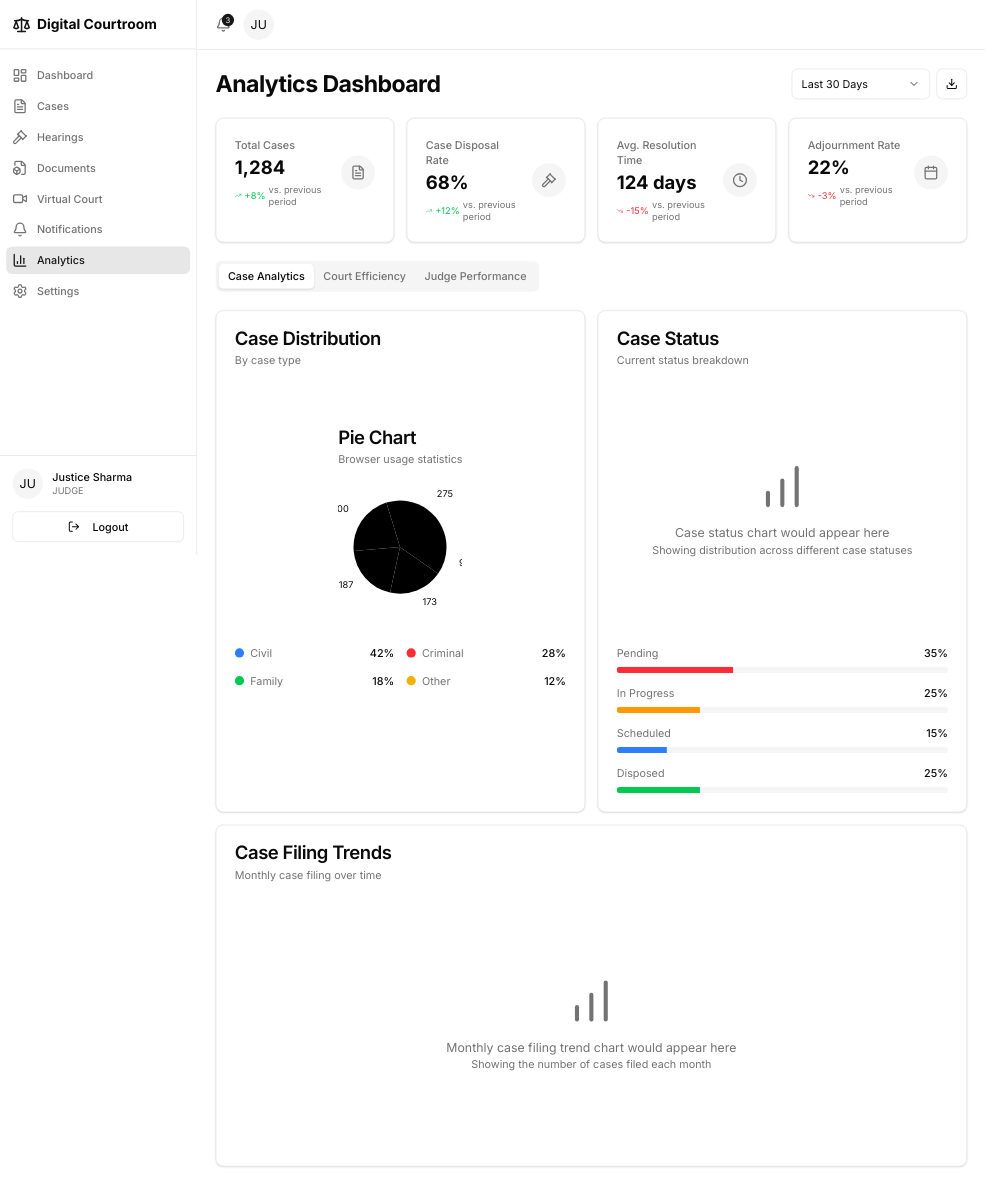
Repository: n0tank3sh/digicourt
Page: /analytics (app in frontend/)
These files come from the project's save history. The page is drawn as it stood at one moment and after the next save; the edit follows.
The browser window is 1280 px wide. The pictures show the whole page, at 77% of full size.
The project was rebuilt for these pictures with package versions that can differ from the ones it lists, and the page was loaded fresh each time. The framework's server and built-in components were replaced by stand-ins that run in the browser. Also part of the build but not shown: frontend/next.config.ts.

Above is the page before, as saved 2025-03-26 21:43:43.

### frontend/src/components/ui/card.tsx
import * as React from "react"

import { cn } from "@/lib/utils"

const Card = React.forwardRef<
  HTMLDivElement,
  React.HTMLAttributes<HTMLDivElement>
>(({ className, ...props }, ref) => (
  <div
    ref={ref}
    className={cn(
      "rounded-lg border bg-card text-card-foreground shadow-sm",
      className
    )}
    {...props}
  />
))
Card.displayName = "Card"

const CardHeader = React.forwardRef<
  HTMLDivElement,
  React.HTMLAttributes<HTMLDivElement>
>(({ className, ...props }, ref) => (
  <div
    ref={ref}
    className={cn("flex flex-col space-y-1.5 p-6", className)}
    {...props}
  />
))
CardHeader.displayName = "CardHeader"

const CardTitle = React.forwardRef<
  HTMLDivElement,
  React.HTMLAttributes<HTMLDivElement>
>(({ className, ...props }, ref) => (
  <div
    ref={ref}
    className={cn(
      "text-2xl font-semibold leading-none tracking-tight",
      className
    )}
    {...props}
  />
))
CardTitle.displayName = "CardTitle"

const CardDescription = React.forwardRef<
  HTMLDivElement,
  React.HTMLAttributes<HTMLDivElement>
>(({ className, ...props }, ref) => (
  <div
    ref={ref}
    className={cn("text-sm text-muted-foreground", className)}
    {...props}
  />
))
CardDescription.displayName = "CardDescription"

const CardContent = React.forwardRef<
  HTMLDivElement,
  React.HTMLAttributes<HTMLDivElement>
>(({ className, ...props }, ref) => (
  <div ref={ref} className={cn("p-6 pt-0", className)} {...props} />
))
CardContent.displayName = "CardContent"

const CardFooter = React.forwardRef<
  HTMLDivElement,
  React.HTMLAttributes<HTMLDivElement>
>(({ className, ...props }, ref) => (
  <div
    ref={ref}
    className={cn("flex items-center p-6 pt-0", className)}
    {...props}
  />
))
CardFooter.displayName = "CardFooter"

export { Card, CardHeader, CardFooter, CardTitle, CardDescription, CardContent }

### frontend/src/components/ui/tabs.tsx
"use client"

import * as React from "react"
import * as TabsPrimitive from "@radix-ui/react-tabs"

import { cn } from "@/lib/utils"

const Tabs = TabsPrimitive.Root

const TabsList = React.forwardRef<
  React.ElementRef<typeof TabsPrimitive.List>,
  React.ComponentPropsWithoutRef<typeof TabsPrimitive.List>
>(({ className, ...props }, ref) => (
  <TabsPrimitive.List
    ref={ref}
    className={cn(
      "inline-flex h-10 items-center justify-center rounded-md bg-muted p-1 text-muted-foreground",
      className
    )}
    {...props}
  />
))
TabsList.displayName = TabsPrimitive.List.displayName

const TabsTrigger = React.forwardRef<
  React.ElementRef<typeof TabsPrimitive.Trigger>,
  React.ComponentPropsWithoutRef<typeof TabsPrimitive.Trigger>
>(({ className, ...props }, ref) => (
  <TabsPrimitive.Trigger
    ref={ref}
    className={cn(
      "inline-flex items-center justify-center whitespace-nowrap rounded-sm px-3 py-1.5 text-sm font-medium ring-offset-background transition-all focus-visible:outline-none focus-visible:ring-2 focus-visible:ring-ring focus-visible:ring-offset-2 disabled:pointer-events-none disabled:opacity-50 data-[state=active]:bg-background data-[state=active]:text-foreground data-[state=active]:shadow-sm",
      className
    )}
    {...props}
  />
))
TabsTrigger.displayName = TabsPrimitive.Trigger.displayName

const TabsContent = React.forwardRef<
  React.ElementRef<typeof TabsPrimitive.Content>,
  React.ComponentPropsWithoutRef<typeof TabsPrimitive.Content>
>(({ className, ...props }, ref) => (
  <TabsPrimitive.Content
    ref={ref}
    className={cn(
      "mt-2 ring-offset-background focus-visible:outline-none focus-visible:ring-2 focus-visible:ring-ring focus-visible:ring-offset-2",
      className
    )}
    {...props}
  />
))
TabsContent.displayName = TabsPrimitive.Content.displayName

export { Tabs, TabsList, TabsTrigger, TabsContent }

### frontend/src/types/index.ts
// User Types
export enum UserRole {
  JUDGE = "JUDGE",
  LAWYER = "LAWYER",
  COURT_STAFF = "COURT_STAFF",
  CITIZEN = "CITIZEN",
  ADMIN = "ADMIN",
}

export interface User {
  id: string
  name: string
  email: string
  role: UserRole
  barId?: string // For lawyers
  courtId?: string // For judges and court staff
  createdAt: Date
  updatedAt: Date
}

// Case Types
export enum CaseStatus {
  FILED = "FILED",
  PENDING = "PENDING",
  IN_PROGRESS = "IN_PROGRESS",
  SCHEDULED = "SCHEDULED",
  ADJOURNED = "ADJOURNED",
  DISPOSED = "DISPOSED",
  CLOSED = "CLOSED",
}

export enum CaseType {
  CIVIL = "CIVIL",
  CRIMINAL = "CRIMINAL",
  FAMILY = "FAMILY",
  CORPORATE = "CORPORATE",
  CONSTITUTIONAL = "CONSTITUTIONAL",
  OTHER = "OTHER",
}

export interface Case {
  id: string
  caseNumber: string
  title: string
  description: string
  type: CaseType
  status: CaseStatus
  filingDate: Date
  plaintiffs: string[] // IDs of involved parties
  defendants: string[] // IDs of involved parties
  judgerId?: string
  courtId: string
  createdAt: Date
  updatedAt: Date
}

// Hearing Types
export enum HearingType {
  PHYSICAL = "PHYSICAL",
  VIRTUAL = "VIRTUAL",
  HYBRID = "HYBRID",
}

export enum HearingStatus {
  SCHEDULED = "SCHEDULED",
  IN_PROGRESS = "IN_PROGRESS",
  COMPLETED = "COMPLETED",
  ADJOURNED = "ADJOURNED",
  CANCELLED = "CANCELLED",
}

export interface Hearing {
  id: string
  caseId: string
  scheduledDate: Date
  actualDate?: Date
  type: HearingType
  status: HearingStatus
  location: string // Court room or virtual link
  notes?: string
  attendees: string[] // IDs of attendees
  createdAt: Date
  updatedAt: Date
}

// Document Types
export enum DocumentType {
  PETITION = "PETITION",
  EVIDENCE = "EVIDENCE",
  AFFIDAVIT = "AFFIDAVIT",
  JUDGMENT = "JUDGMENT",
  ORDER = "ORDER",
  NOTICE = "NOTICE",
  OTHER = "OTHER",
}

export interface Document {
  id: string
  caseId: string
  title: string
  type: DocumentType
  fileUrl: string
  fileSize: number
  mimeType: string
  uploadedBy: string // User ID
  isPublic: boolean
  version: number
  createdAt: Date
  updatedAt: Date
}

// Notification Types
export enum NotificationType {
  CASE_UPDATE = "CASE_UPDATE",
  HEARING_SCHEDULED = "HEARING_SCHEDULED",
  HEARING_RESCHEDULED = "HEARING_RESCHEDULED",
  DOCUMENT_UPLOADED = "DOCUMENT_UPLOADED",
  SUMMONS = "SUMMONS",
  JUDGMENT_DELIVERED = "JUDGMENT_DELIVERED",
  OTHER = "OTHER",
}

export interface Notification {
  id: string
  userId: string
  type: NotificationType
  title: string
  message: string
  relatedId?: string // ID of related entity (case, hearing, etc.)
  isRead: boolean
  createdAt: Date
}

// Court Types
export interface Court {
  id: string
  name: string
  type: string
  address: string
  jurisdiction: string
  contactNumber: string
  email: string
  createdAt: Date
  updatedAt: Date
}

// Analytics Types
export interface CaseAnalytics {
  totalCases: number
  pendingCases: number
  disposedCases: number
  averageDisposalTime: number // in days
  casesByType: Record<CaseType, number>
  casesByStatus: Record<CaseStatus, number>
  monthlyCaseFiling: { month: string; count: number }[]
}

export interface CourtAnalytics {
  totalHearings: number
  completedHearings: number
  adjournedHearings: number
  averageHearingDuration: number // in minutes
  hearingsByType: Record<HearingType, number>
  courtUtilization: number // percentage
}

### frontend/src/components/ui/button.tsx
import * as React from "react"
import { Slot } from "@radix-ui/react-slot"
import { cva, type VariantProps } from "class-variance-authority"

import { cn } from "@/lib/utils"

const buttonVariants = cva(
  "inline-flex items-center justify-center gap-2 whitespace-nowrap rounded-md text-sm font-medium ring-offset-background transition-colors focus-visible:outline-none focus-visible:ring-2 focus-visible:ring-ring focus-visible:ring-offset-2 disabled:pointer-events-none disabled:opacity-50 [&_svg]:pointer-events-none [&_svg]:size-4 [&_svg]:shrink-0",
  {
    variants: {
      variant: {
        default: "bg-primary text-primary-foreground hover:bg-primary/90",
        destructive:
          "bg-destructive text-destructive-foreground hover:bg-destructive/90",
        outline:
          "border border-input bg-background hover:bg-accent hover:text-accent-foreground",
        secondary:
          "bg-secondary text-secondary-foreground hover:bg-secondary/80",
        ghost: "hover:bg-accent hover:text-accent-foreground",
        link: "text-primary underline-offset-4 hover:underline",
      },
      size: {
        default: "h-10 px-4 py-2",
        sm: "h-9 rounded-md px-3",
        lg: "h-11 rounded-md px-8",
        icon: "h-10 w-10",
      },
    },
    defaultVariants: {
      variant: "default",
      size: "default",
    },
  }
)

export interface ButtonProps
  extends React.ButtonHTMLAttributes<HTMLButtonElement>,
    VariantProps<typeof buttonVariants> {
  asChild?: boolean
}

const Button = React.forwardRef<HTMLButtonElement, ButtonProps>(
  ({ className, variant, size, asChild = false, ...props }, ref) => {
    const Comp = asChild ? Slot : "button"
    return (
      <Comp
        className={cn(buttonVariants({ variant, size, className }))}
        ref={ref}
        {...props}
      />
    )
  }
)
Button.displayName = "Button"

export { Button, buttonVariants }

### frontend/src/components/ui/piechart.tsx
"use client"
import { TrendingUp } from "lucide-react"
import { Pie, PieChart } from "recharts"
import {
    Card,
    CardContent,
    CardDescription,
    CardHeader,
    CardTitle,

} from "@/components/ui/card"
import {
    ChartConfig,
    ChartContainer,
    ChartTooltip,
    ChartTooltipContent,
} from "@/components/ui/chart"
const chartData = [
    { browser: "chrome", visitors: 275, fill: "var(--color-chrome)" },
    { browser: "safari", visitors: 200, fill: "var(--color-safari)" },
    { browser: "firefox", visitors: 187, fill: "var(--color-firefox)" },
    { browser: "edge", visitors: 173, fill: "var(--color-edge)" },
    { browser: "other", visitors: 90, fill: "var(--color-other)" },
]
const chartConfig = {
    visitors: {
        label: "Visitors",
    },
    chrome: {
        label: "Chrome",
        color: "hsl(var(--chart-1))",
    },
    safari: {
        label: "Safari",
        color: "hsl(var(--chart-2))",
    },
    firefox: {
        label: "Firefox",
        color: "hsl(var(--chart-3))",
    },
    edge: {
        label: "Edge",
        color: "hsl(var(--chart-4))",
    },
    other: {
        label: "Other",
        color: "hsl(var(--chart-5))",
    },
} satisfies ChartConfig
export function PieChartComponent() {
    return (
        <Card className="flex flex-col shadow-none border-none p-10 ">
            <CardHeader>
               <CardTitle>Pie Chart</CardTitle>
                <CardDescription>Browser usage statistics</CardDescription>

            </CardHeader>
            <CardContent className="flex-1 pb-0">
                <ChartContainer
                    config={chartConfig}
                    className="mx-auto aspect-square max-h-[250px] pb-0 [&_.recharts-pie-label-text]:fill-foreground"
                >
                    <PieChart>
                        <ChartTooltip content={<ChartTooltipContent hideLabel />} />
                        <Pie data={chartData} dataKey="visitors" label nameKey="browser" />
                    </PieChart>
                </ChartContainer>
            </CardContent>

        </Card>
    )
}

### frontend/src/components/ui/avatar.tsx
"use client"

import * as React from "react"
import * as AvatarPrimitive from "@radix-ui/react-avatar"

import { cn } from "@/lib/utils"

const Avatar = React.forwardRef<
  React.ElementRef<typeof AvatarPrimitive.Root>,
  React.ComponentPropsWithoutRef<typeof AvatarPrimitive.Root>
>(({ className, ...props }, ref) => (
  <AvatarPrimitive.Root
    ref={ref}
    className={cn(
      "relative flex h-10 w-10 shrink-0 overflow-hidden rounded-full",
      className
    )}
    {...props}
  />
))
Avatar.displayName = AvatarPrimitive.Root.displayName

const AvatarImage = React.forwardRef<
  React.ElementRef<typeof AvatarPrimitive.Image>,
  React.ComponentPropsWithoutRef<typeof AvatarPrimitive.Image>
>(({ className, ...props }, ref) => (
  <AvatarPrimitive.Image
    ref={ref}
    className={cn("aspect-square h-full w-full", className)}
    {...props}
  />
))
AvatarImage.displayName = AvatarPrimitive.Image.displayName

const AvatarFallback = React.forwardRef<
  React.ElementRef<typeof AvatarPrimitive.Fallback>,
  React.ComponentPropsWithoutRef<typeof AvatarPrimitive.Fallback>
>(({ className, ...props }, ref) => (
  <AvatarPrimitive.Fallback
    ref={ref}
    className={cn(
      "flex h-full w-full items-center justify-center rounded-full bg-muted",
      className
    )}
    {...props}
  />
))
AvatarFallback.displayName = AvatarPrimitive.Fallback.displayName

export { Avatar, AvatarImage, AvatarFallback }

### frontend/src/components/ui/sheet.tsx
"use client"

import * as React from "react"
import * as SheetPrimitive from "@radix-ui/react-dialog"
import { cva, type VariantProps } from "class-variance-authority"
import { X } from "lucide-react"

import { cn } from "@/lib/utils"

const Sheet = SheetPrimitive.Root

const SheetTrigger = SheetPrimitive.Trigger

const SheetClose = SheetPrimitive.Close

const SheetPortal = SheetPrimitive.Portal

const SheetOverlay = React.forwardRef<
  React.ElementRef<typeof SheetPrimitive.Overlay>,
  React.ComponentPropsWithoutRef<typeof SheetPrimitive.Overlay>
>(({ className, ...props }, ref) => (
  <SheetPrimitive.Overlay
    className={cn(
      "fixed inset-0 z-50 bg-black/80  data-[state=open]:animate-in data-[state=closed]:animate-out data-[state=closed]:fade-out-0 data-[state=open]:fade-in-0",
      className
    )}
    {...props}
    ref={ref}
  />
))
SheetOverlay.displayName = SheetPrimitive.Overlay.displayName

const sheetVariants = cva(
  "fixed z-50 gap-4 bg-background p-6 shadow-lg transition ease-in-out data-[state=open]:animate-in data-[state=closed]:animate-out data-[state=closed]:duration-300 data-[state=open]:duration-500",
  {
    variants: {
      side: {
        top: "inset-x-0 top-0 border-b data-[state=closed]:slide-out-to-top data-[state=open]:slide-in-from-top",
        bottom:
          "inset-x-0 bottom-0 border-t data-[state=closed]:slide-out-to-bottom data-[state=open]:slide-in-from-bottom",
        left: "inset-y-0 left-0 h-full w-3/4 border-r data-[state=closed]:slide-out-to-left data-[state=open]:slide-in-from-left sm:max-w-sm",
        right:
          "inset-y-0 right-0 h-full w-3/4  border-l data-[state=closed]:slide-out-to-right data-[state=open]:slide-in-from-right sm:max-w-sm",
      },
    },
    defaultVariants: {
      side: "right",
    },
  }
)

interface SheetContentProps
  extends React.ComponentPropsWithoutRef<typeof SheetPrimitive.Content>,
    VariantProps<typeof sheetVariants> {}

const SheetContent = React.forwardRef<
  React.ElementRef<typeof SheetPrimitive.Content>,
  SheetContentProps
>(({ side = "right", className, children, ...props }, ref) => (
  <SheetPortal>
    <SheetOverlay />
    <SheetPrimitive.Content
      ref={ref}
      className={cn(sheetVariants({ side }), className)}
      {...props}
    >
      {children}
      <SheetPrimitive.Close className="absolute right-4 top-4 rounded-sm opacity-70 ring-offset-background transition-opacity hover:opacity-100 focus:outline-none focus:ring-2 focus:ring-ring focus:ring-offset-2 disabled:pointer-events-none data-[state=open]:bg-secondary">
        <X className="h-4 w-4" />
        <span className="sr-only">Close</span>
      </SheetPrimitive.Close>
    </SheetPrimitive.Content>
  </SheetPortal>
))
SheetContent.displayName = SheetPrimitive.Content.displayName

const SheetHeader = ({
  className,
  ...props
}: React.HTMLAttributes<HTMLDivElement>) => (
  <div
    className={cn(
      "flex flex-col space-y-2 text-center sm:text-left",
      className
    )}
    {...props}
  />
)
SheetHeader.displayName = "SheetHeader"

const SheetFooter = ({
  className,
  ...props
}: React.HTMLAttributes<HTMLDivElement>) => (
  <div
    className={cn(
      "flex flex-col-reverse sm:flex-row sm:justify-end sm:space-x-2",
      className
    )}
    {...props}
  />
)
SheetFooter.displayName = "SheetFooter"

const SheetTitle = React.forwardRef<
  React.ElementRef<typeof SheetPrimitive.Title>,
  React.ComponentPropsWithoutRef<typeof SheetPrimitive.Title>
>(({ className, ...props }, ref) => (
  <SheetPrimitive.Title
    ref={ref}
    className={cn("text-lg font-semibold text-foreground", className)}
    {...props}
  />
))
SheetTitle.displayName = SheetPrimitive.Title.displayName

const SheetDescription = React.forwardRef<
  React.ElementRef<typeof SheetPrimitive.Description>,
  React.ComponentPropsWithoutRef<typeof SheetPrimitive.Description>
>(({ className, ...props }, ref) => (
  <SheetPrimitive.Description
    ref={ref}
    className={cn("text-sm text-muted-foreground", className)}
    {...props}
  />
))
SheetDescription.displayName = SheetPrimitive.Description.displayName

export {
  Sheet,
  SheetPortal,
  SheetOverlay,
  SheetTrigger,
  SheetClose,
  SheetContent,
  SheetHeader,
  SheetFooter,
  SheetTitle,
  SheetDescription,
}

Loaded but not shown: frontend/src/app/layout.tsx (common file); frontend/src/components/theme-provider.tsx (common file); frontend/src/lib/utils.ts (common file); frontend/src/app/analytics/page.tsx (355 lines, source omitted); frontend/src/components/ui/chart.tsx (365 lines, source omitted); frontend/src/components/layout/main-layout.tsx (187 lines, source omitted); frontend/src/app/globals.css (199 lines, source omitted); frontend/src/components/ui/select.tsx (160 lines, source omitted)

After the next save:
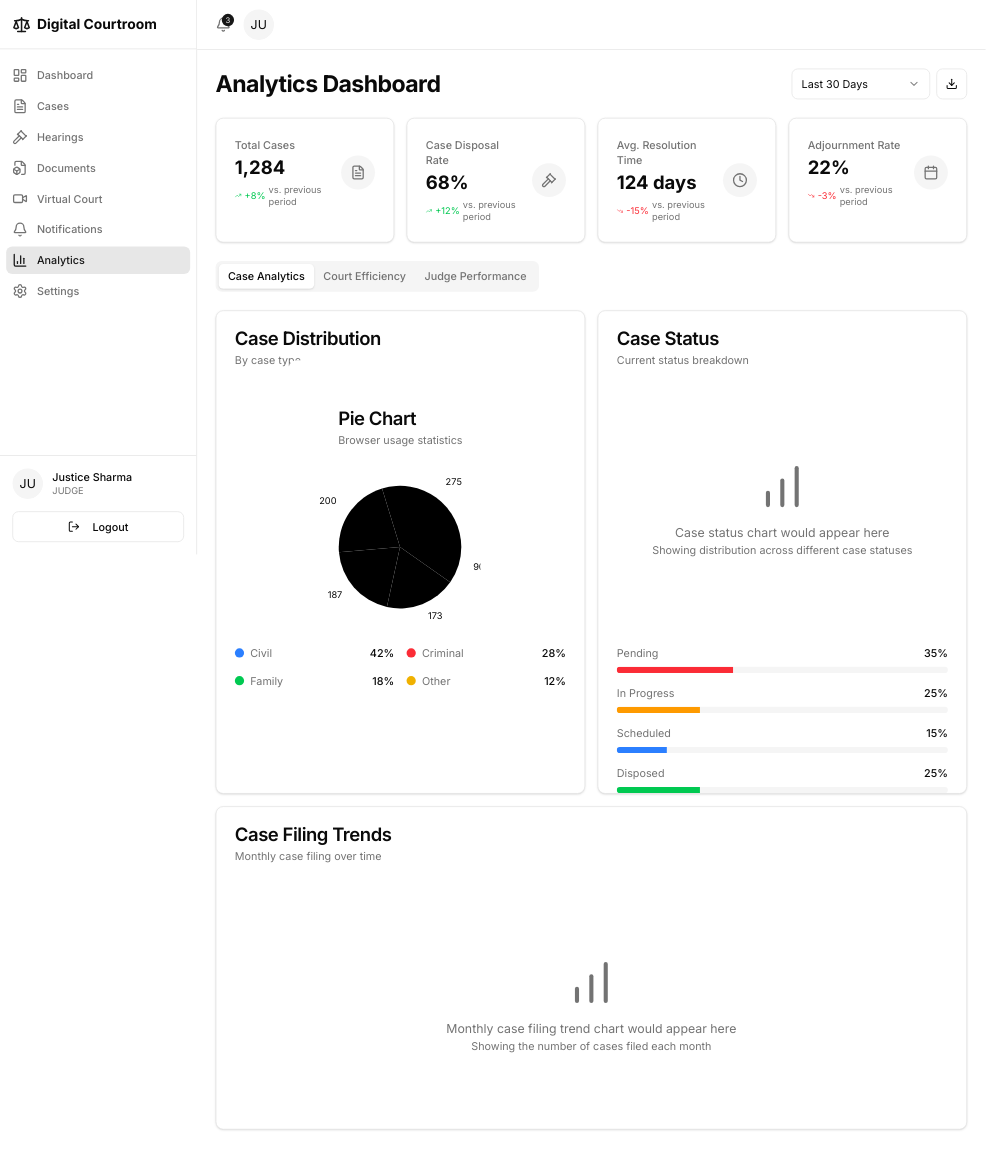
Saved 110 s later.
--- a/frontend/src/components/ui/card.tsx
+++ b/frontend/src/components/ui/card.tsx
@@ -60,7 +60,7 @@
   HTMLDivElement,
   React.HTMLAttributes<HTMLDivElement>
 >(({ className, ...props }, ref) => (
-  <div ref={ref} className={cn("p-6 pt-0", className)} {...props} />
+  <div ref={ref} className={cn(" pt-0", className)} {...props} />
 ))
 CardContent.displayName = "CardContent"
 

After the 2 saves that followed:
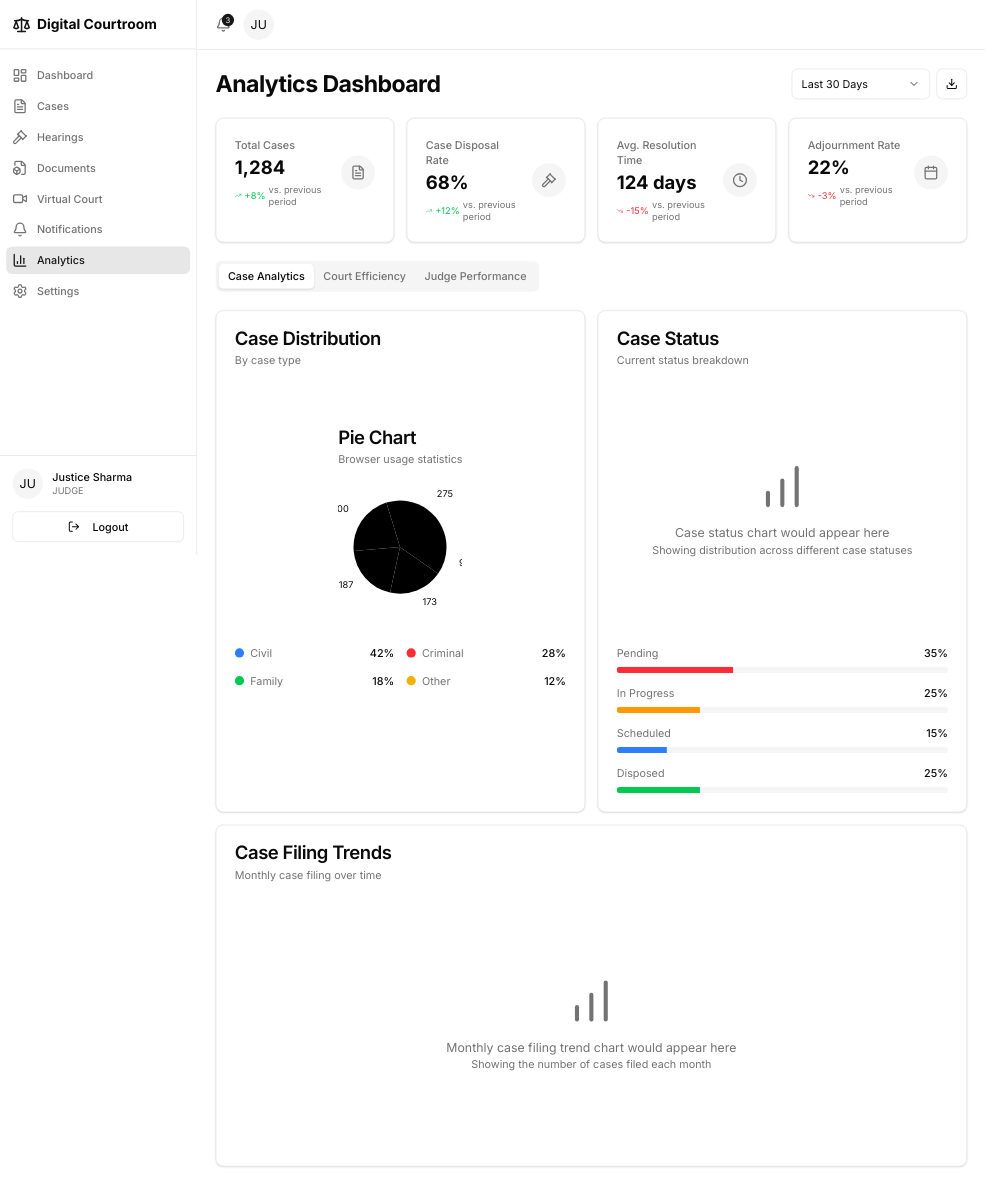
The 2 saves are shown as one change because they came seconds apart.
The last was saved 7 s later.
--- a/frontend/src/components/ui/card.tsx
+++ b/frontend/src/components/ui/card.tsx
@@ -60,7 +60,7 @@
   HTMLDivElement,
   React.HTMLAttributes<HTMLDivElement>
 >(({ className, ...props }, ref) => (
-  <div ref={ref} className={cn(" pt-0", className)} {...props} />
+  <div ref={ref} className={cn("p-6 pt-0", className)} {...props} />
 ))
 CardContent.displayName = "CardContent"
 
@@ -70,7 +70,7 @@
 >(({ className, ...props }, ref) => (
   <div
     ref={ref}
-    className={cn("flex items-center p-6 pt-0", className)}
+    className={cn("flex items-center  pt-0", className)}
     {...props}
   />
 ))
